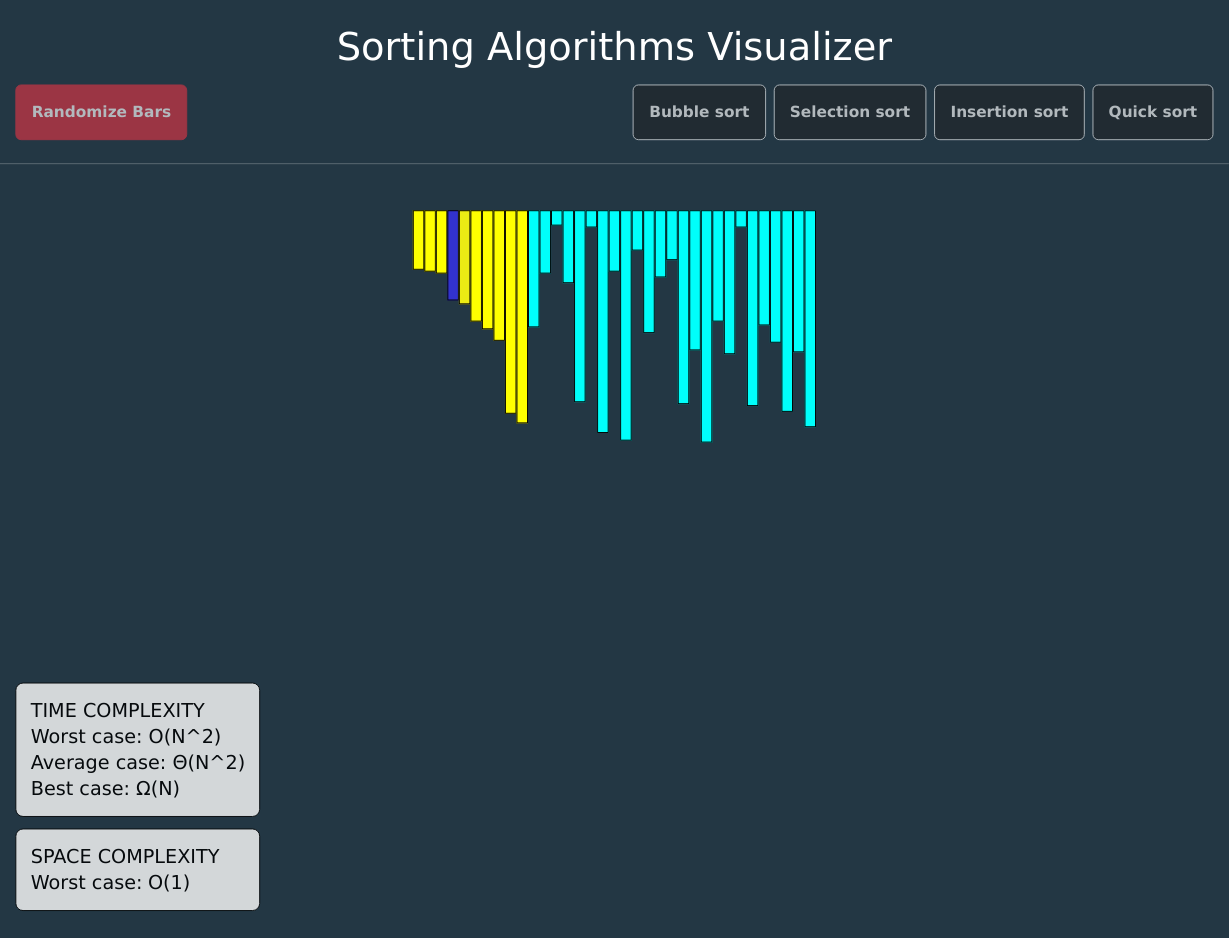
Repository: Vasil1001/Sorting-Algorithms-Visualizer-js
Page: views/index.html
These files come from the project's save history. The page is drawn as it stood at one moment and after the next save; the edit follows.
The browser window is 1280 px wide. The pictures show the whole page, at 96% of full size.
After loading, the first visible `#insertion_sort` was clicked once.

Above is the page before, as saved 2022-11-04 01:35:03.

### views/index.html
<!doctype html>
<html lang="en">

<head>
  <meta charset="utf-8">
  <meta name="viewport" content="width=device-width, initial-scale=1">

  <title>Sorting Algorithms Visualizer</title>

  <!-- Import css & bootstrap-->
  <link href="https://cdn.jsdelivr.net/npm/bootstrap@5.2.2/dist/css/bootstrap.min.css" rel="stylesheet"
    integrity="sha384-Zenh87qX5JnK2Jl0vWa8Ck2rdkQ2Bzep5IDxbcnCeuOxjzrPF/et3URy9Bv1WTRi" crossorigin="anonymous">
  <link rel="stylesheet" href="/css/base.css">

</head>

<body>

  <h1 align="center" class="mt-4">Sorting Algorithms Visualizer</h1>

  <nav class="navbar navbar-expand-lg">

    <div class="container-fluid">
      <button type="button" class="btn btn-danger mx-1 p-3 " id="new_array" style="color: white;"><b>Randomize Bars </b>
      </button>
      <ul class="navbar-nav">
        <li class="nav-item">
          <button type="button" class="btn btn-dark border-light mx-1 p-3 " id="bubble_sort"
            style="color: white;"><b>Bubble sort</b> </button>
        </li>
        <li class="nav-item">
          <button type="button" class="btn btn-dark border-light mx-1 p-3 " id="selection_sort"
            style="color: rgb(255, 255, 255);">
            <b>Selection sort</b></button>
        </li>
        <li class="nav-item">
          <button type="button" class="btn btn-dark border-light mx-1 p-3 " id="insertion_sort" style="color: white;">
            <b>Insertion sort</b></button>
        </li>
        <li class="nav-item">
          <button type="button" class="btn btn-dark border-light mx-1 p-3 " id="quick_sort" style="color: white;">
            <b>Quick sort</b></button>
        </li>

      </ul>
    </div>
  </nav>

  <hr style="color: white;">

  <h3 align="center" class="mt-4" id="algorithm_running"></h1>

  <div id="bars" class="bars flex-container p-4"></div>

  <div id="boxes">

    <div id="leftbox">
      <div id="box1">
        <h5>TIME COMPLEXITY</h5>
        <div>
          <h5>Worst case: </h5>
          <h5 id="worst_time"></h5>
        </div>
        <div>
          <h5>Average case: </h5>
          <h5 id="average_time"></h5>
        </div>
        <div>
          <h5>Best case: </h5>
          <h5 id="best_time"></h5>
        </div>

      </div>

      <div id="box2">

        <h5>SPACE COMPLEXITY</h5>
        <div>
          <h5>Worst case:</h5>
          <h5 id="space_complexity"></h5>
        </div>
      </div>
    </div>

  </div>


  <!-- Import css & bootstrap-->
  <script src="https://cdn.jsdelivr.net/npm/bootstrap@5.2.2/dist/js/bootstrap.bundle.min.js"
    integrity="sha384-OERcA2EqjJCMA+/3y+gxIOqMEjwtxJY7qPCqsdltbNJuaOe923+mo//f6V8Qbsw3"
    crossorigin="anonymous"></script>

  <script src="/sort_algos_js_files/index.js"></script>

  <script src="/sort_algos_js_files/bubble.js"></script>
  <script src="/sort_algos_js_files/selection.js"></script>
  <script src="/sort_algos_js_files/insertion.js"></script>
  <script src="/sort_algos_js_files/quicksort.js"></script>


</body>

</html>

### css/base.css
body {
    background-color: rgb(35, 55, 68);
    color:white;
    font-size: 18px;
    font-family: 'Lucida Sans', 'Lucida Sans Regular', 'Lucida Grande', 'Lucida Sans Unicode', Geneva, Verdana, sans-serif;
}

.flex-container{
    margin-top: 1px;
    display: flex;
    flex-wrap: nowrap;
    justify-content: center;
    transition: 1.5s all ease;
    width: 100%;
    height: 500px;

}

/* STYLING FOR THE BARS */
.flex-item{
    background: rgb(0, 255, 251);
    border: 1pt solid black;
    width: 12px;
    transition: 0.1s all ease;
}

#leftbox {
    float:left;
    color: black;
    padding: 16px;
}

#box1, #box2 {
    background:white;
    opacity: 0.8;
    border: 1pt solid black;
    border-radius: 8px;
    padding: 15px;
    margin-bottom: 12px;
}

h5 {
    display: inline;
}

### sort_algos_js_files/index.js
let random_array_100 = [];
createBarArray();

function createBarArray() {
    // replace array
    deletePreviousArray()

    // Array to store randomly generated numbers
    random_array_100 = [];
    var numberOfBars = 0;
    let l = 35;

    // get a random number and add it to the array until there are 100 in array
    for (numberOfBars = 0; numberOfBars < l; numberOfBars++) {
        random_array_100.push(Math.round(Math.random() * l * 3.5));
    }
    // print 100 random numbers of the array
    console.log(random_array_100);


    // select the div #bars element
    const bars = document.querySelector("#bars");
    // make bars with height from random array numbers
    for (let i = 0; i < random_array_100.length; i++) {
        // create div bar for each number in the array
        const bar = document.createElement("div");
        bar.style.height = `${random_array_100[i] * 2}px`;
        bar.classList.add('bar');
        bar.classList.add('flex-item');
        bar.classList.add(`barNo${i}`);
        bars.appendChild(bar);
    }
}

function deletePreviousArray() {
    const bar = document.querySelector("#bars");
    bar.innerHTML = '';
}

document.getElementById("new_array").addEventListener("click", function () {
    createBarArray();
});

function swap(element1, element2) {
    //https://www.geeksforgeeks.org/bubble-sort/
    let temp = element1.style.height;
    element1.style.height = element2.style.height;
    element2.style.height = temp;
}

// disable all the buttons or if button is pressed again algo will bug out
function disableButtonsOnSortRun() {
    document.getElementById("new_array").disabled = true;

    document.getElementById("bubble_sort").disabled = true;
    document.getElementById("selection_sort").disabled = true;
    document.getElementById("insertion_sort").disabled = true;
    document.getElementById("quick_sort").disabled = true;
}

function enableButtonsAfterSortRun() {
    document.getElementById("new_array").disabled = false;

    document.getElementById("bubble_sort").disabled = false;
    document.getElementById("selection_sort").disabled = false;
    document.getElementById("insertion_sort").disabled = false;
    document.getElementById("quick_sort").disabled = false;
}

### sort_algos_js_files/bubble.js
async function bubbleSort() {

    // Algo name
    document.getElementById("algorithm_running").innerText = "Bubble Sort";

    //Setting Time complexities
    document.getElementById("worst_time").innerText = "O(N^2)";
    document.getElementById("average_time").innerText = "Θ(N^2)";
    document.getElementById("best_time").innerText = "Ω(N)";

    //Setting Space complexity
    document.getElementById("space_complexity").innerText = "O(1)";

    console.log('bubble sort clicked');
    // get the bars from index
    const barsArray = document.querySelectorAll(".bar");

    for (let i = 0; i < barsArray.length - 1; i++) {
        console.log("In first i loop");

        for (j = 0; j < barsArray.length - i - 1; j++) {
            console.log("In j loop");
            barsArray[j].style.background = 'blue';
            barsArray[j + 1].style.background = 'blue';

            if (parseInt(barsArray[j].style.height) > parseInt(barsArray[j + 1].style.height)) {
                console.log("If barsArray 1 > barsArray 2 swap them");
                await new Promise(r => setTimeout(r, 50));
                swap(barsArray[j], barsArray[j + 1]);
            }
            barsArray[j].style.background = 'cyan';
            barsArray[j + 1].style.background = 'cyan';
        }
        barsArray[barsArray.length - 1 - i].style.background = 'pink';
    }
    barsArray[0].style.background = 'pink';
}


document.getElementById("bubble_sort").addEventListener("click", async function () {
    disableButtonsOnSortRun();
    await bubbleSort();
    enableButtonsAfterSortRun();

});

### sort_algos_js_files/selection.js
async function selectionSort() {

    //Setting Time complexities
    document.getElementById("worst_time").innerText = "O(N^2)";
    document.getElementById("average_time").innerText = "Θ(N^2)";
    document.getElementById("best_time").innerText = "Ω(N^2)";

    //Setting Space complexity
    document.getElementById("space_complexity").innerText = "O(1)";

    console.log('bubble sort clicked');
    // get the bars from index
    const barsArray = document.querySelectorAll(".bar");

    // One by one move boundary of unsorted subarray
    for (let i = 0; i < barsArray.length; i++) {
        console.log("In first i loop");
        // Find the minimum barsArray in unsorted array
        let min_idx = i;
        //mark the smallest height in blue bar
        barsArray[i].style.background = 'blue';

        for (let j = i + 1; j < barsArray.length; j++) {
            console.log("In j loop");
            // Change color for the current comparision (in consideration for min_index)
            barsArray[j].style.background = 'red';

            await new Promise(r => setTimeout(r, 50));
            if (parseInt(barsArray[j].style.height) < parseInt(barsArray[min_idx].style.height)) {
                console.log("If barsArray 1 < current smallest barsArray change current smalest");
                if (min_idx !== i) {
                    //  there is a new minimum so change last to normal cyan
                    barsArray[min_idx].style.background = 'cyan';
                }
                min_idx = j;
            }
            else {
                barsArray[j].style.background = 'cyan';
            }
        }
        await new Promise(r => setTimeout(r, 50));
        swap(barsArray[min_idx], barsArray[i]);

        // color mid index blue after reset as it has been swapped
        barsArray[min_idx].style.background = 'cyan';

        // change the sorted bar color to green
        barsArray[i].style.background = 'green';
    }
}


document.getElementById("selection_sort").addEventListener("click", async function () {
    disableButtonsOnSortRun();
    await selectionSort();
    enableButtonsAfterSortRun();

});

### sort_algos_js_files/insertion.js
async function insertionSort() {

    //Setting Time complexities
    document.getElementById("worst_time").innerText = "O(N^2)";
    document.getElementById("average_time").innerText = "Θ(N^2)";
    document.getElementById("best_time").innerText = "Ω(N)";

    //Setting Space complexity
    document.getElementById("space_complexity").innerText = "O(1)";

    console.log('insertion sort clicked');

    // get the bars from index
    const barsArray = document.querySelectorAll(".bar");
    barsArray[0].style.background = 'green';

    for (let i = 1; i < barsArray.length; i++) {
        console.log("In first i loop");

        let key = barsArray[i].style.height;
        let j = i - 1;

        barsArray[i].style.background = 'blue';

        await new Promise(r => setTimeout(r, 50));

        while (j >= 0 && (parseInt(barsArray[j].style.height) > parseInt(key))) {
            console.log("In j loop");
            barsArray[j].style.background = 'blue';
            barsArray[j + 1].style.height = barsArray[j].style.height;
            j--;

            await new Promise(r => setTimeout(r, 50));

            // color sorted side
            for (let k = i; k >= 0; k--) {
                barsArray[k].style.background = 'yellow';
            }
        }
        barsArray[j + 1].style.height = key;
        barsArray[i].style.background = 'yellow';

    }
}


document.getElementById("insertion_sort").addEventListener("click", async function () {
    disableButtonsOnSortRun();
    await insertionSort();
    enableButtonsAfterSortRun();

});

### sort_algos_js_files/quicksort.js
async function quickSort() {

    // Algo name
    document.getElementById("algorithm_running").innerText = "Quick Sort";

    //Setting Time complexities
    document.getElementById("worst_time").innerText = "O(N^2)";
    document.getElementById("average_time").innerText = "Θ(N log N)";
    document.getElementById("best_time").innerText = "Ω(N log N)";

    //Setting Space complexity
    document.getElementById("space_complexity").innerText = "O(log N)";


    console.log('quicksort clicked');
    // get the bars from index
    const barsArray = document.querySelectorAll(".bar");
    barsArray[0].style.background = 'green';

    let pivot = barsArray
    for (let i = 1; i < barsArray.length; i++) {
        console.log("In first i loop");

        let key = barsArray[i].style.height;
        let j = i - 1;

        barsArray[i].style.background = 'blue';

        await new Promise(r => setTimeout(r, 50));

        while (j >= 0 && (parseInt(barsArray[j].style.height) > parseInt(key))) {
            console.log("In j loop");
            barsArray[j].style.background = 'blue';
            barsArray[j + 1].style.height = barsArray[j].style.height;
            j--;

            await new Promise(r => setTimeout(r, 50));

            // color sorted side
            for (let k = i; k >= 0; k--) {
                barsArray[k].style.background = 'yellow';
            }
        }
        barsArray[j + 1].style.height = key;
        barsArray[i].style.background = 'yellow';

    }
}

async function partition(barsArray, low, high) {
    let i = (low - 1);

    barsArray[high].style.background = 'red';

    for (let j = low; j <= high - 1; j++) {
        barsArray[j].style.background = 'yellow';

        await new Promise(r => setTimeout(r, 50));

        if (parseInt(barsArray[j].style.height) < parseInt(barsArray[high].style.height)) {
            i++;
            swap(barsArray[i], barsArray[j]);

            barsArray[i].style.background = 'orange';
            await new Promise(r => setTimeout(r, 50));
        } else {
            // color if not less than pivot
            barsArray[j].style.background = 'blue';
        }
    }
    i++;
    await new Promise(r => setTimeout(r, 50));
    swap(barsArray[i], barsArray[high])

    barsArray[high].style.background = 'blue';
    barsArray[low].style.background = 'green';

    await new Promise(r => setTimeout(r, 50));

    // color
    for (let k = 0; k < barsArray.length; k++) {
        if (barsArray[k].style.background != 'green')
            barsArray[k].style.background = 'green';
    }
    return i;
}

async function quickSort(barsArray, low, high) {
    if (low < high) {
        let pivot_index = await partition(barsArray, low, high);
        await quickSort(barsArray, low, pivot_index - 1);
        await quickSort(barsArray, pivot_index + 1, high);
    } else {
        if (low >= 0 && high >= 0 && low < barsArray.length && high < barsArray.length) {
            barsArray[high].style.background = 'green';
            barsArray[low].style.background = 'green';
        }
    }
}

document.getElementById("quick_sort").addEventListener("click", async function () {
    let barsArray = document.querySelectorAll('.bar');
    let low = 0;
    let high = barsArray.length - 1;

    disableButtonsOnSortRun();
    await quickSort(barsArray, low, high);
    enableButtonsAfterSortRun();
});

After the next save:
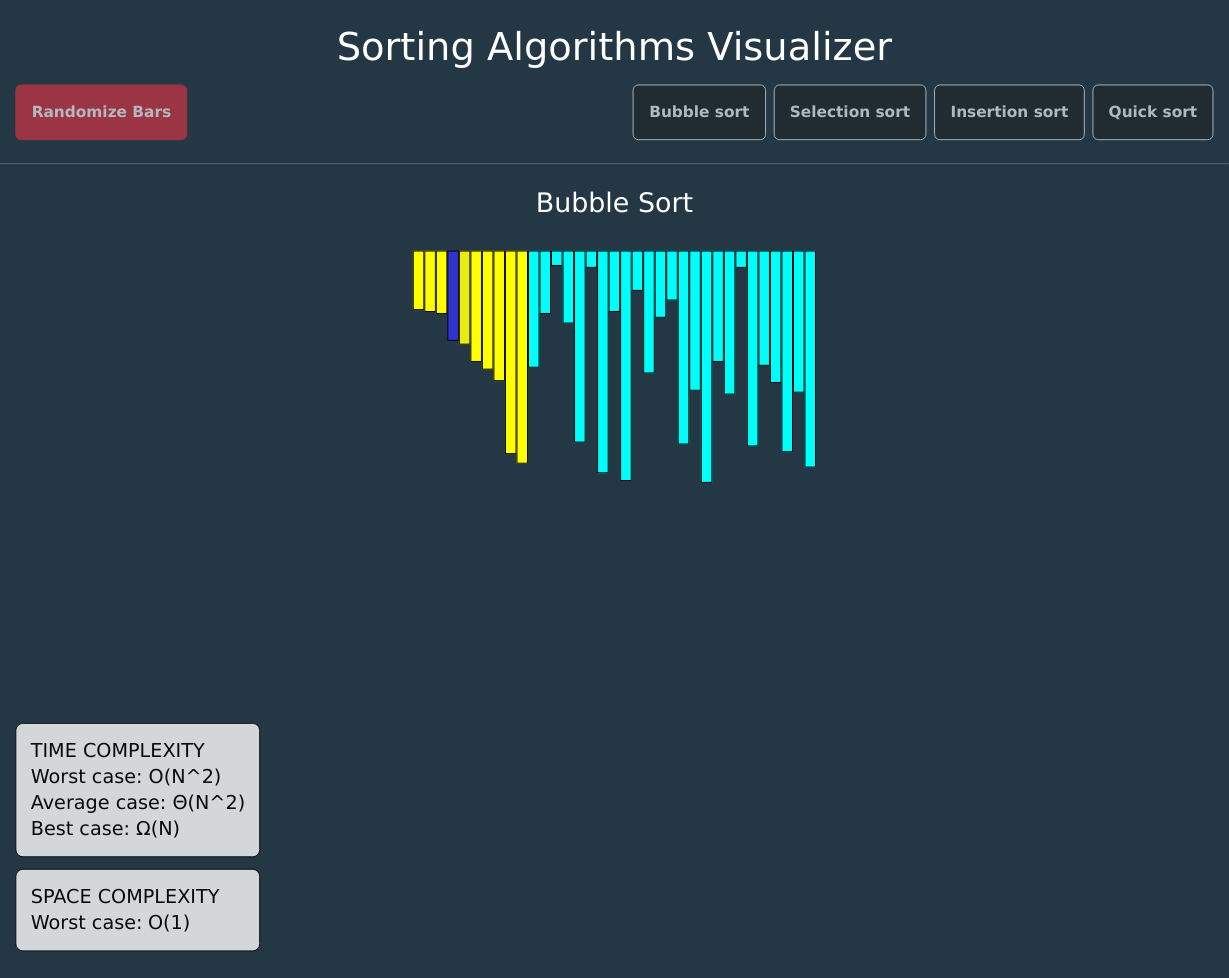
Saved 4 s later.
--- a/sort_algos_js_files/insertion.js
+++ b/sort_algos_js_files/insertion.js
@@ -1,4 +1,7 @@
 async function insertionSort() {
+
+    // Algo name
+    document.getElementById("algorithm_running").innerText = "Bubble Sort";
 
     //Setting Time complexities
     document.getElementById("worst_time").innerText = "O(N^2)";
